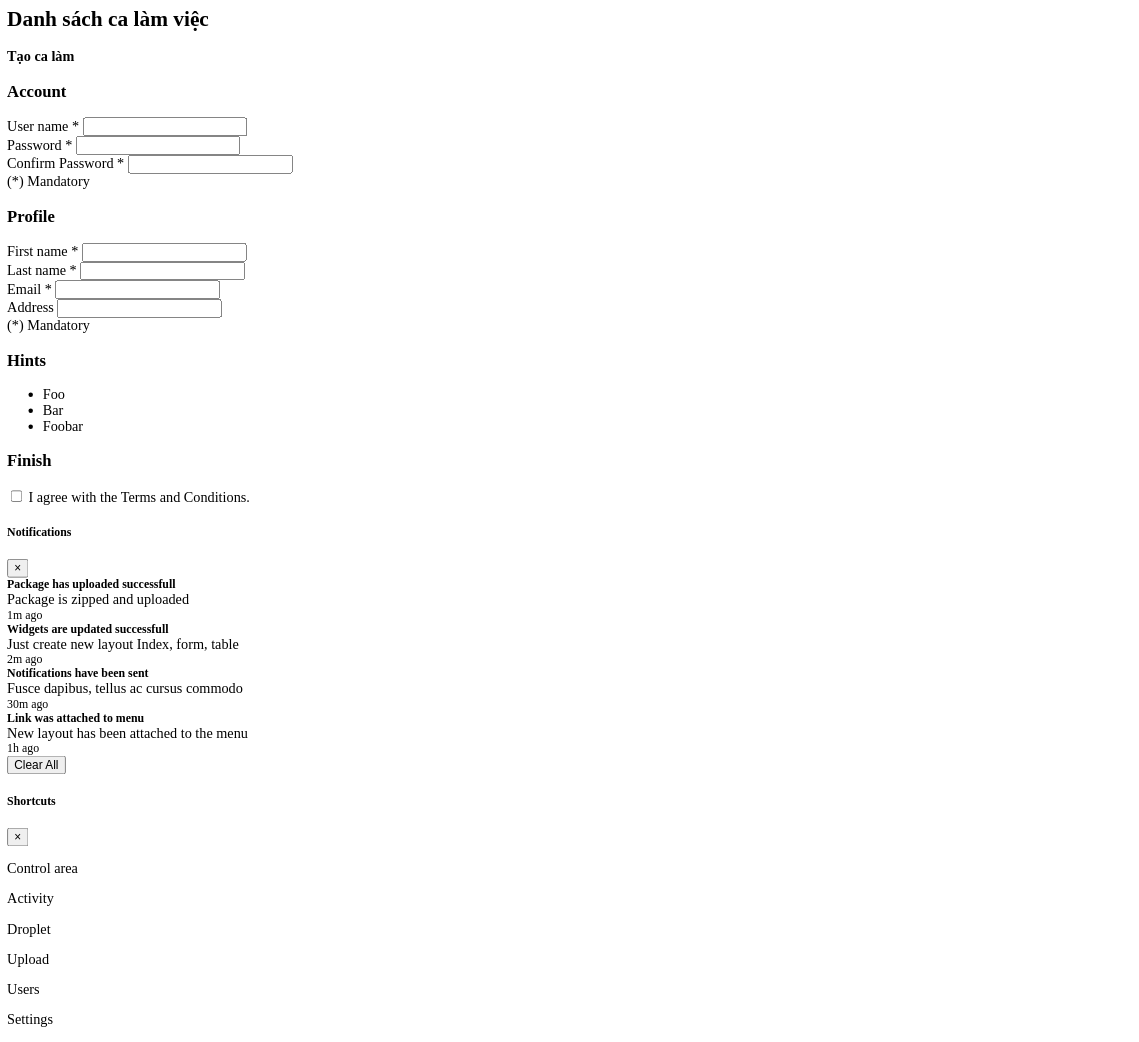
Repository: TrungAug/dentist-fe
Page: src/templates/admin-shift.html
An editor plug-in stored every save of this project. The page is shown before and after the next save, followed by the edit.
The browser window is 1280 px wide. The pictures show the whole page, at 89% of full size.

Above is the page before, as saved 2024-06-18 11:32:32.

After the next save:
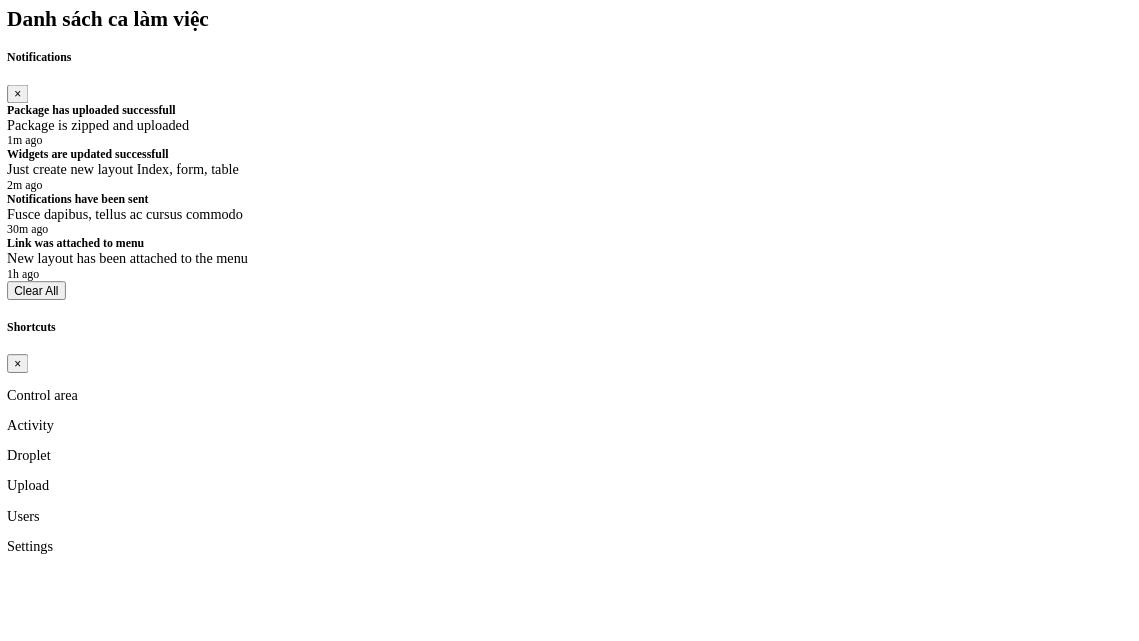
Saved 6 min 6 s later.
--- a/src/templates/admin-shift.html
+++ b/src/templates/admin-shift.html
@@ -15,9 +15,6 @@
                             <!-- Small table -->
                             <div class="col-md-12">
                                 <div class="card shadow">
-                                    <div class="card-header">
-                                        <strong>Tạo ca làm</strong>
-                                    </div>
                                     <div class="card-body">
                                         <!-- tabbb -->
                                         <!-- <ul class="nav nav-pills mb-3" id="manageShift" role="tablist">
@@ -129,59 +126,6 @@
                                             </div>
                                         </div> -->
                                         <!-- end tabb -->
-
-                                        <div>
-                                            <h3>Account</h3>
-                                            <section>
-                                              <div class="form-group">
-                                                <label for="userName">User name *</label>
-                                                <input id="userName" name="userName" type="text" class="form-control required">
-                                              </div>
-                                              <div class="form-group">
-                                                <label for="password">Password *</label>
-                                                <input id="password" name="password" type="text" class="form-control required">
-                                              </div>
-                                              <div class="form-group">
-                                                <label for="confirm">Confirm Password *</label>
-                                                <input id="confirm" name="confirm" type="text" class="form-control required">
-                                              </div>
-                                              <div class="help-text text-muted">(*) Mandatory</div>
-                                            </section>
-                                            <h3>Profile</h3>
-                                            <section>
-                                              <div class="form-row">
-                                                <div class="form-group col-md-6">
-                                                  <label for="name">First name *</label>
-                                                  <input id="name" name="name" type="text" class="form-control required">
-                                                </div>
-                                                <div class="form-group col-md-6">
-                                                  <label for="surname">Last name *</label>
-                                                  <input id="surname" name="surname" type="text" class="form-control required">
-                                                </div>
-                                              </div>
-                                              <div class="form-group">
-                                                <label for="email">Email *</label>
-                                                <input id="email" name="email" type="text" class="form-control required email">
-                                              </div>
-                                              <div class="form-group">
-                                                <label for="address">Address</label>
-                                                <input id="address" name="address" class="form-control" type="text">
-                                              </div>
-                                              <div class="help-text text-muted">(*) Mandatory</div>
-                                            </section>
-                                            <h3>Hints</h3>
-                                            <section>
-                                              <ul class="ml-5">
-                                                <li>Foo</li>
-                                                <li>Bar</li>
-                                                <li>Foobar</li>
-                                              </ul>
-                                            </section>
-                                            <h3>Finish</h3>
-                                            <section>
-                                              <input id="acceptTerms" name="acceptTerms" type="checkbox" class="required"> <label for="acceptTerms">I agree with the Terms and Conditions.</label>
-                                            </section>
-                                          </div>
                                     </div>
                                 </div>
                             </div> <!-- simple table -->
